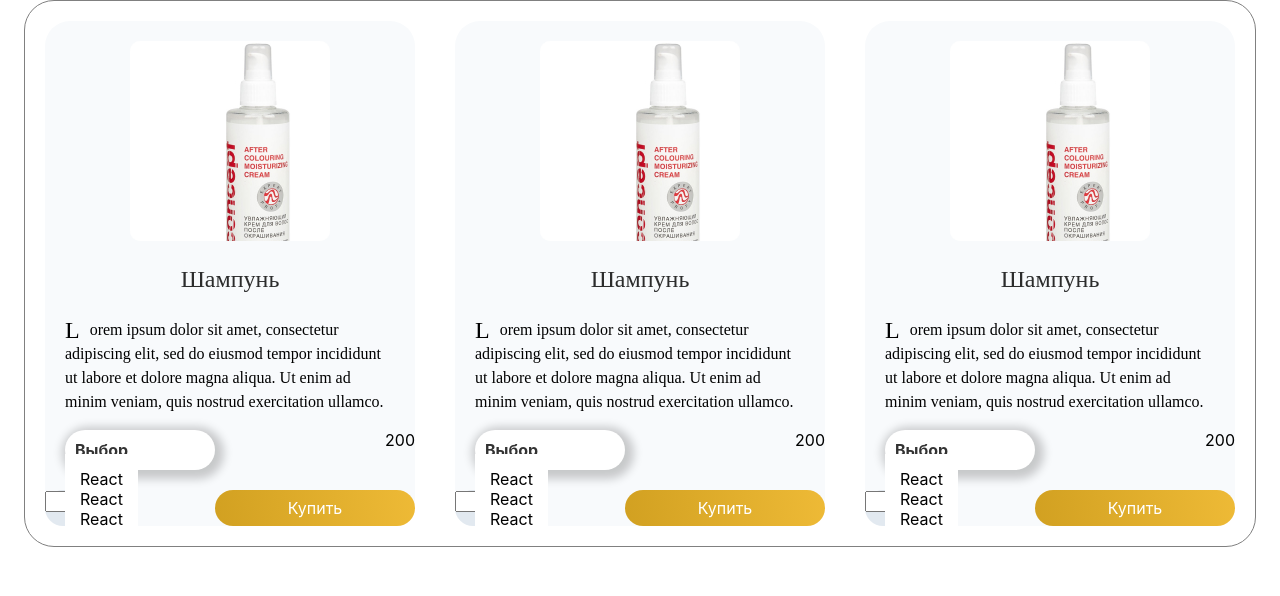
Repository: MiroslavWise/shamptu
Page: /
The author's editor kept a copy of each file at every save. The page is drawn from the files as they stood at one save, then again after the next save.
The browser window is 1280 px wide. The pictures show the whole page.
The project was rebuilt for these pictures with package versions that can differ from the ones it lists, and the page was loaded fresh each time. Also part of the build but not shown: src/App.css.

Above is the page before, as saved 2022-02-17 14:39:37.

After the next save:
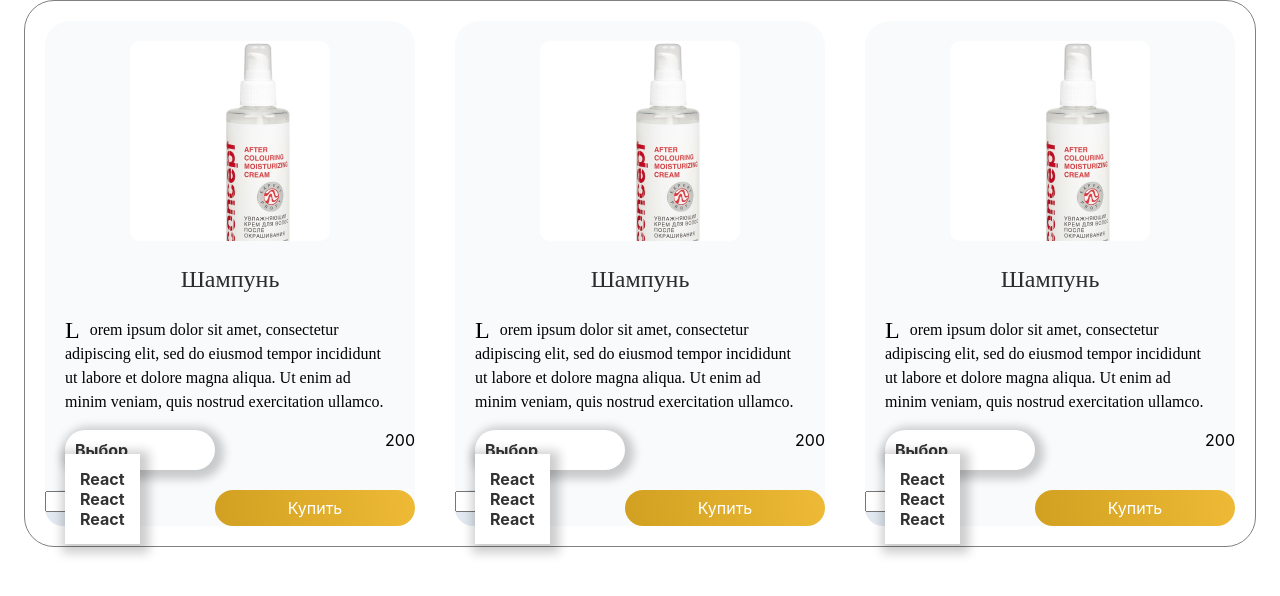
Saved 27 s later.
--- a/src/components/items/style.css
+++ b/src/components/items/style.css
@@ -162,4 +162,7 @@
     top: 40%;
     padding: 15px;
     background-color: #fff;
+    box-shadow: 3px 3px 10px 6px rgba(0, 0, 0, 0.2);
+    font-weight: bold;
+    color: #333;
 }
